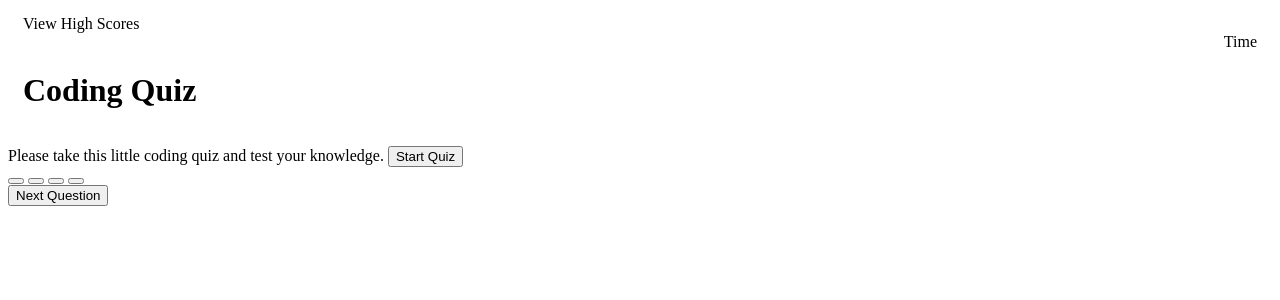
Repository: Naomilounsbury/code-quiz
Page: index.html
The author's editor kept a copy of each file at every save. The page is drawn from the files as they stood at one save, then again after the next save.
The browser window is 1280 px wide. The pictures show the whole page.

Above is the page before, as saved 2021-11-27 13:36:00.

After the next save:
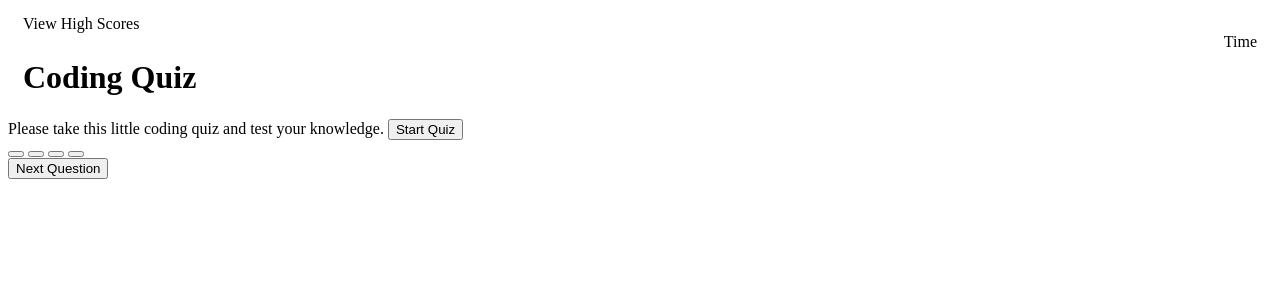
Saved 3 min 29 s later.
--- a/assets/css/styles.css
+++ b/assets/css/styles.css
@@ -10,3 +10,6 @@ header {
 .time{
     text-align: right;
 }
+h1{
+    line-height: 10px;
+}
